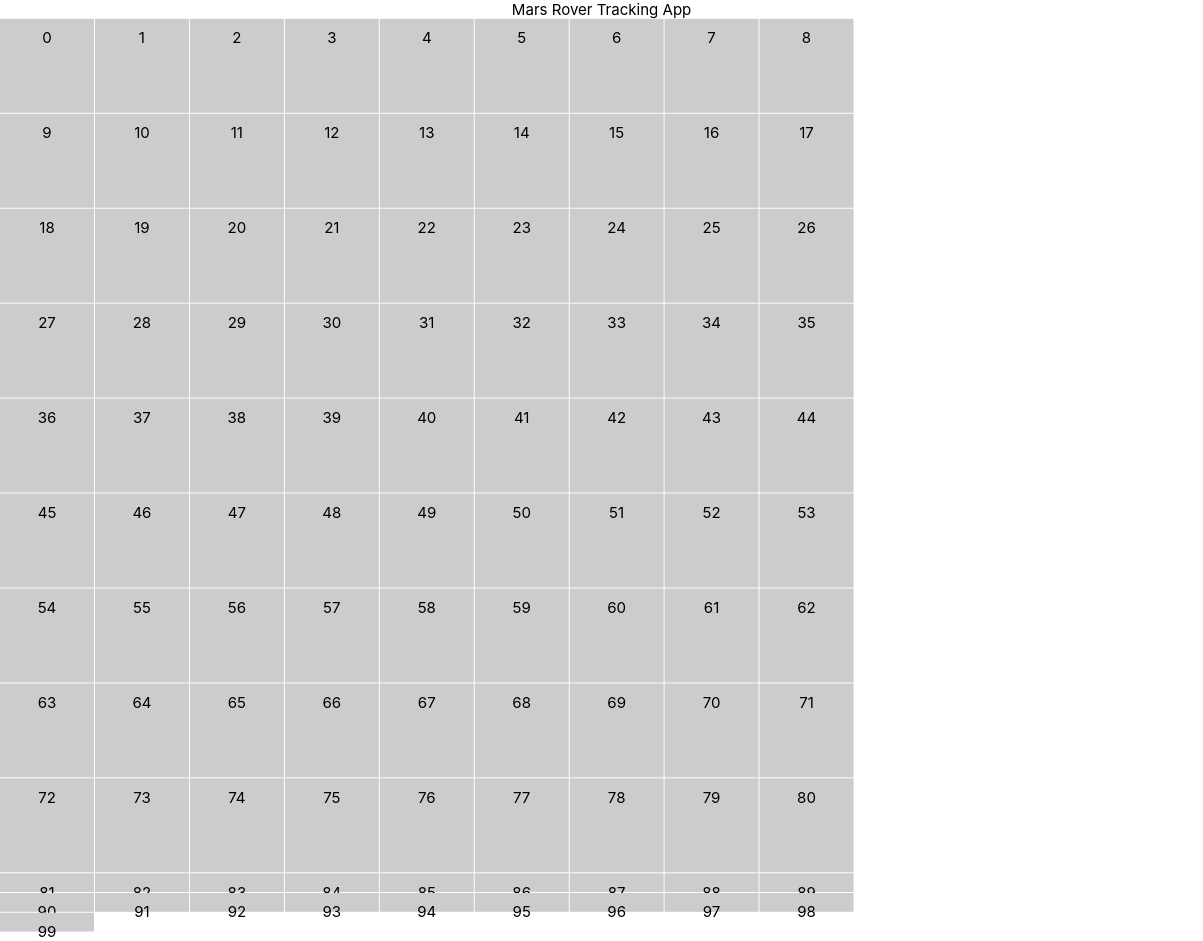
Repository: madhurisandbhor/Rover-Tracking-App
Page: /
The author's editor kept a copy of each file at every save. The page is drawn from the files as they stood at one save, then again after the next save.
The browser window is 1280 px wide. The pictures show the whole page, at 94% of full size.
The project was rebuilt for these pictures with package versions that can differ from the ones it lists, and the page was loaded fresh each time.

Above is the page before, as saved 2021-09-06 17:09:34.

### src/App.js
import './App.css';
import Grid from './Grid'

function App() {
  return (
    <div className="App">
      <div>Mars Rover Tracking App</div>
      <Grid />
    </div>
  );
}

export default App;

### src/Grid.jsx
import React from 'react'
import { maxY, maxX } from "./constants";

const wrapper = {
    display: 'grid',
    gridTemplateColumns: `repeat(${maxY}, 100px)`,
    gridTemplateRows: `repeat(${maxX}, 100px)`,
    gridAutoRows: '20px',
    gridAutoColumns: '20px',
    gridGap: '1px',
}

const itemStyle = {
    padding: '10px',
    backgroundColor: '#ccc',
}

const Grid = () => {
    const gridLength = (maxX + 1) * (maxY + 1)
    const arr = Array(gridLength).fill();

    return (
        <div style={wrapper}>
            {arr.map((item, index) => <div key={index} style={itemStyle} >{index}</div>)}
        </div>
    )
}

export default Grid

### src/constants.js
export const x = 0, y = 0, maxX = 9, maxY = 9;
export const d = 'N';
export const directionsToRight = ['N', 'E', 'S', 'W']
export const directionsToLeft = ['N', 'W', 'S', 'E']

Loaded but not shown: public/index.html (common file); src/index.js (common file); src/index.css (common file); src/App.css (common file)

After the next save:
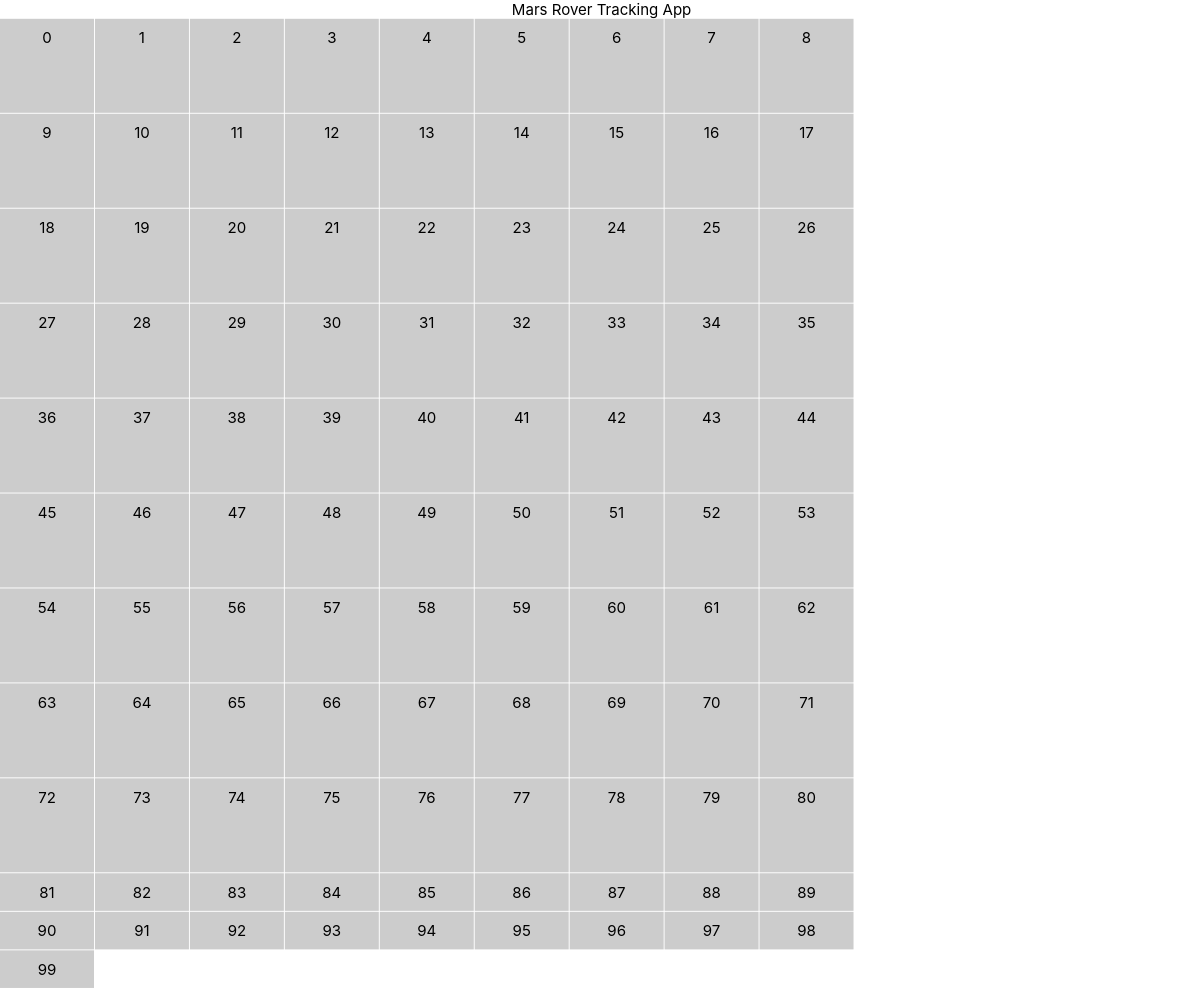
Saved 16 s later.
--- a/src/Grid.jsx
+++ b/src/Grid.jsx
@@ -5,8 +5,6 @@ const wrapper = {
     display: 'grid',
     gridTemplateColumns: `repeat(${maxY}, 100px)`,
     gridTemplateRows: `repeat(${maxX}, 100px)`,
-    gridAutoRows: '20px',
-    gridAutoColumns: '20px',
     gridGap: '1px',
 }
 
